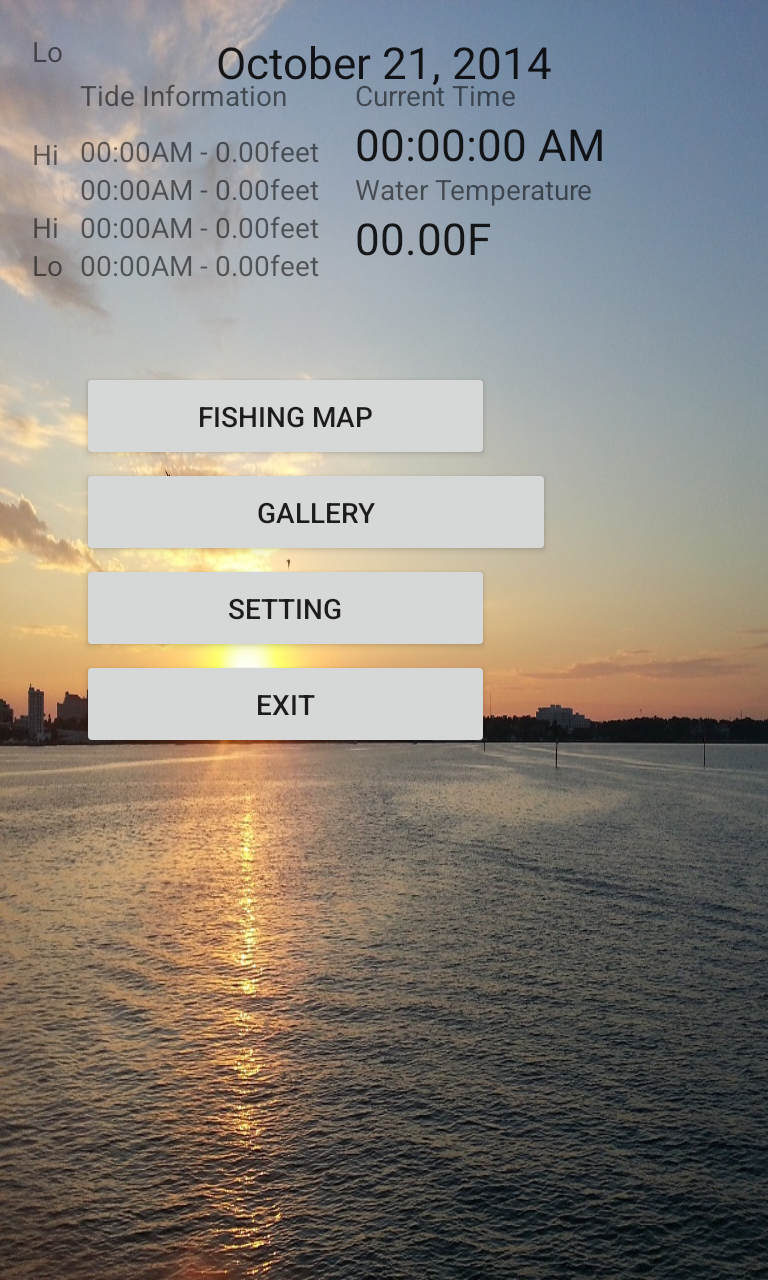
Repository: zerox2012/Fall2014Android
Layout: FishingBuddy/res/layout/activity_main_menu.xml
The author's editor kept a copy of each file at every save. The layout is drawn from the files as they stood at one save, then again after the next save.
It is drawn on a 768 x 1280 px phone screen (xhdpi) without system bars, with theme AppTheme; the app's code is not run.

Above is the layout before, as saved 2014-10-20 22:02:28.

### FishingBuddy/res/layout/activity_main_menu.xml
<RelativeLayout xmlns:android="http://schemas.android.com/apk/res/android"
    xmlns:tools="http://schemas.android.com/tools"
    android:layout_width="match_parent"
    android:layout_height="match_parent"
    android:background="@drawable/menu"
    android:paddingBottom="@dimen/activity_vertical_margin"
    android:paddingLeft="@dimen/activity_horizontal_margin"
    android:paddingRight="@dimen/activity_horizontal_margin"
    android:paddingTop="@dimen/activity_vertical_margin"
    tools:context="usf.fall2014.android.fishingbuddy.MainMenu" >

    <TextView
        android:id="@+id/label_tide_information"
        android:layout_width="wrap_content"
        android:layout_height="wrap_content"
        android:layout_alignBaseline="@+id/label_current_time"
        android:layout_alignBottom="@+id/label_current_time"
        android:layout_alignParentLeft="true"
        android:layout_marginLeft="24dp"
        android:text="@string/label_tide_information" />

    <TextView
        android:id="@+id/label_current_time"
        android:layout_width="wrap_content"
        android:layout_height="wrap_content"
        android:layout_alignParentTop="true"
        android:layout_marginLeft="34dp"
        android:layout_marginTop="22dp"
        android:layout_toRightOf="@+id/label_tide_information"
        android:text="@string/label_current_time" />

    <TextView
        android:id="@+id/label_temp"
        android:layout_width="wrap_content"
        android:layout_height="wrap_content"
        android:layout_alignLeft="@+id/label_current_time"
        android:layout_below="@+id/label_current_time"
        android:layout_marginTop="28dp"
        android:text="@string/label_water_temp" />

    <TextView
        android:id="@+id/value_current_time"
        android:layout_width="wrap_content"
        android:layout_height="wrap_content"
        android:layout_alignLeft="@+id/label_temp"
        android:layout_below="@+id/label_current_time"
        android:text="@string/value_current_time"
        android:textAppearance="?android:attr/textAppearanceLarge" />

    <TextView
        android:id="@+id/value_water_temp"
        android:layout_width="wrap_content"
        android:layout_height="wrap_content"
        android:layout_alignLeft="@+id/label_temp"
        android:layout_below="@+id/label_temp"
        android:text="@string/value_current_temp"
        android:textAppearance="?android:attr/textAppearanceLarge" />

    <TextView
        android:id="@+id/label_hi"
        android:layout_width="wrap_content"
        android:layout_height="wrap_content"
        android:layout_alignBottom="@+id/value_current_time"
        android:layout_alignParentLeft="true"
        android:text="@string/label_hi" />

    <TextView
        android:id="@+id/textView2"
        android:layout_width="wrap_content"
        android:layout_height="wrap_content"
        android:layout_alignLeft="@+id/textView1"
        android:layout_below="@+id/textView1"
        android:text="@string/label_lo" />

    <TextView
        android:id="@+id/textView3"
        android:layout_width="wrap_content"
        android:layout_height="wrap_content"
        android:layout_alignLeft="@+id/textView2"
        android:layout_alignTop="@+id/value_water_temp"
        android:text="@string/label_hi" />

    <TextView
        android:id="@+id/textView4"
        android:layout_width="wrap_content"
        android:layout_height="wrap_content"
        android:layout_alignLeft="@+id/textView3"
        android:layout_below="@+id/textView3"
        android:text="@string/label_lo" />

    <TextView
        android:id="@+id/textView6"
        android:layout_width="wrap_content"
        android:layout_height="wrap_content"
        android:layout_above="@+id/textView3"
        android:layout_alignLeft="@+id/textView5"
        android:text="@string/tide_value1_hi" />

    <TextView
        android:id="@+id/textView7"
        android:layout_width="wrap_content"
        android:layout_height="wrap_content"
        android:layout_alignBaseline="@+id/textView3"
        android:layout_alignBottom="@+id/textView3"
        android:layout_alignLeft="@+id/textView6"
        android:text="@string/tide_value1_hi" />

    <TextView
        android:id="@+id/textView8"
        android:layout_width="wrap_content"
        android:layout_height="wrap_content"
        android:layout_alignBaseline="@+id/textView4"
        android:layout_alignBottom="@+id/textView4"
        android:layout_alignLeft="@+id/textView7"
        android:text="@string/tide_value1_hi" />

    <TextView
        android:id="@+id/textView5"
        android:layout_width="wrap_content"
        android:layout_height="wrap_content"
        android:layout_above="@+id/textView6"
        android:layout_alignLeft="@+id/label_tide_information"
        android:text="@string/tide_value1_hi" />

    <TextView
        android:id="@+id/today_date"
        android:layout_width="wrap_content"
        android:layout_height="wrap_content"
        android:layout_alignParentTop="true"
        android:layout_centerHorizontal="true"
        android:text="October 21, 2014"
        android:textAppearance="?android:attr/textAppearanceLarge" />

    <Button
        android:id="@+id/button_map"
        android:layout_width="wrap_content"
        android:layout_height="wrap_content"
        android:layout_alignLeft="@+id/textView8"
        android:layout_alignRight="@+id/value_water_temp"
        android:layout_below="@+id/textView8"
        android:layout_marginTop="42dp"
        android:text="@string/button_map" />

    <Button
        android:id="@+id/button_gallery"
        android:layout_width="wrap_content"
        android:layout_height="wrap_content"
        android:layout_alignLeft="@+id/button_map"
        android:layout_alignRight="@+id/today_date"
        android:layout_below="@+id/button_map"
        android:text="@string/button_gallery" />

    <Button
        android:id="@+id/button_setting"
        android:layout_width="wrap_content"
        android:layout_height="wrap_content"
        android:layout_alignLeft="@+id/button_map"
        android:layout_alignRight="@+id/button_map"
        android:layout_below="@+id/button_gallery"
        android:text="@string/button_setting" />

    <Button
        android:id="@+id/button_exitapp"
        android:layout_width="wrap_content"
        android:layout_height="wrap_content"
        android:layout_alignLeft="@+id/button_map"
        android:layout_alignRight="@+id/button_map"
        android:layout_below="@+id/button_setting"
        android:text="@string/button_exitapp" />

</RelativeLayout>

### FishingBuddy/res/values/strings.xml
<?xml version="1.0" encoding="utf-8"?>
<resources>

    <string name="app_name">FishingBuddy</string>
    <string name="hello_world">Hello world!</string>
    <string name="action_settings">Settings</string>
    <string name="title_activity_main_menu">MainMenu</string>
    <string name="title_activity_gallery">Gallery</string>
    <string name="title_activity_message">Message</string>
    <string name="title_activity_new_user">NewUser</string>
    <string name="title_activity_forgot_password">ForgotPassword</string>
    <string name="title_activity_map">Map</string>
    <string name="user_name">Username</string>
    <string name="password">Password</string>
    <string name="button_login">Login</string>
    <string name="new_user">New User</string>
    <string name="forgot_password">Forgot Password</string>
    <string name="remember_me">remember me</string>
    <string name="label_email">Email</string>
    <string name="label_confirm_email">Confirm</string>
    <string name="create_account">Create Account</string>
    <string name="cancel">Cancel</string>
    <string name="label_water_temp">Water Temperature</string>
    <string name="label_current_time">Current Time</string>
    <string name="label_tide_information">Tide Information</string>
    <string name="label_tide_chart">Hi                 Lo                  Hi                    Lo         </string>
    <string name="button_map">Fishing Map</string>
    <string name="button_gallery">Gallery</string>
    <string name="button_setting">Setting</string>
    <string name="button_exitapp">Exit</string>
    <string name="label_hi">Hi</string>
    <string name="label_lo">Lo</string>
    <string name="tide_value1_hi">00:00AM - 0.00feet</string>
    <string name="tide_value2_hi">00:00AM - 0.00feet</string>
    <string name="tide_value1_lo">00:00AM - 0.00feet</string>
    <string name="tide_value2_lo">00:00AM - 0.00feet</string>
    <string name="value_current_time">00:00:00 AM</string>
    <string name="value_current_temp">00.00F</string>

</resources>

Loaded but not shown: FishingBuddy/res/values/styles.xml (common file); FishingBuddy/res/values-v11/styles.xml (common file); FishingBuddy/res/values-v14/styles.xml (common file); FishingBuddy/res/values/dimens.xml (common file); FishingBuddy/res/values-w820dp/dimens.xml (common file)

After the next save:
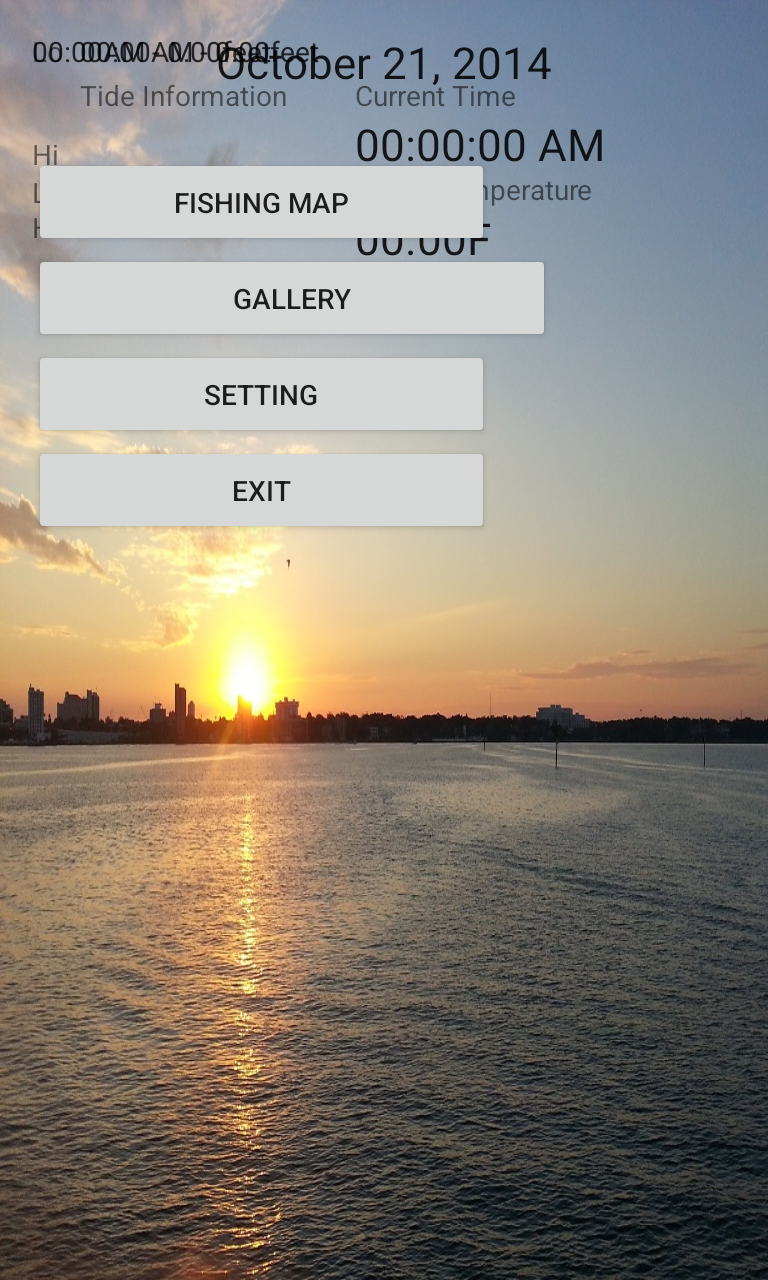
Saved 117 s later.
--- a/FishingBuddy/res/layout/activity_main_menu.xml
+++ b/FishingBuddy/res/layout/activity_main_menu.xml
@@ -57,7 +57,7 @@
         android:textAppearance="?android:attr/textAppearanceLarge" />
 
     <TextView
-        android:id="@+id/label_hi"
+        android:id="@+id/label_hi1"
         android:layout_width="wrap_content"
         android:layout_height="wrap_content"
         android:layout_alignBottom="@+id/value_current_time"
@@ -65,15 +65,15 @@
         android:text="@string/label_hi" />
 
     <TextView
-        android:id="@+id/textView2"
+        android:id="@+id/label_lo1"
         android:layout_width="wrap_content"
         android:layout_height="wrap_content"
-        android:layout_alignLeft="@+id/textView1"
-        android:layout_below="@+id/textView1"
+        android:layout_alignLeft="@+id/label_hi1"
+        android:layout_below="@+id/label_hi1"
         android:text="@string/label_lo" />
 
     <TextView
-        android:id="@+id/textView3"
+        android:id="@+id/label_hi2"
         android:layout_width="wrap_content"
         android:layout_height="wrap_content"
         android:layout_alignLeft="@+id/textView2"
@@ -81,7 +81,7 @@
         android:text="@string/label_hi" />
 
     <TextView
-        android:id="@+id/textView4"
+        android:id="@+id/label_lo2"
         android:layout_width="wrap_content"
         android:layout_height="wrap_content"
         android:layout_alignLeft="@+id/textView3"
@@ -89,7 +89,7 @@
         android:text="@string/label_lo" />
 
     <TextView
-        android:id="@+id/textView6"
+        android:id="@+id/tide_value1_hi"
         android:layout_width="wrap_content"
         android:layout_height="wrap_content"
         android:layout_above="@+id/textView3"

After the save that followed:
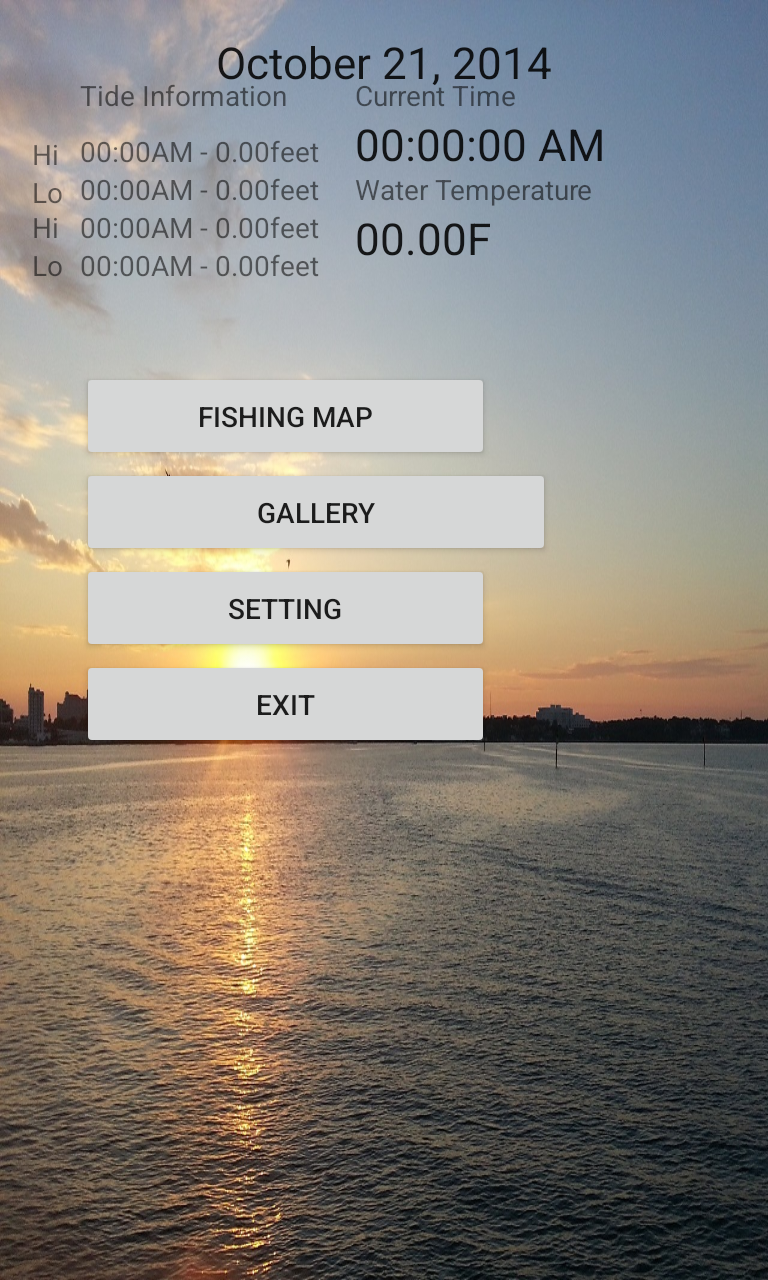
Saved 57 s later.
--- a/FishingBuddy/res/layout/activity_main_menu.xml
+++ b/FishingBuddy/res/layout/activity_main_menu.xml
@@ -57,7 +57,7 @@
         android:textAppearance="?android:attr/textAppearanceLarge" />
 
     <TextView
-        android:id="@+id/label_hi1"
+        android:id="@+id/textView1"
         android:layout_width="wrap_content"
         android:layout_height="wrap_content"
         android:layout_alignBottom="@+id/value_current_time"
@@ -65,15 +65,15 @@
         android:text="@string/label_hi" />
 
     <TextView
-        android:id="@+id/label_lo1"
+        android:id="@+id/textView2"
         android:layout_width="wrap_content"
         android:layout_height="wrap_content"
-        android:layout_alignLeft="@+id/label_hi1"
-        android:layout_below="@+id/label_hi1"
+        android:layout_alignLeft="@+id/textView1"
+        android:layout_below="@+id/textView1"
         android:text="@string/label_lo" />
 
     <TextView
-        android:id="@+id/label_hi2"
+        android:id="@+id/textView3"
         android:layout_width="wrap_content"
         android:layout_height="wrap_content"
         android:layout_alignLeft="@+id/textView2"
@@ -81,7 +81,7 @@
         android:text="@string/label_hi" />
 
     <TextView
-        android:id="@+id/label_lo2"
+        android:id="@+id/textView4"
         android:layout_width="wrap_content"
         android:layout_height="wrap_content"
         android:layout_alignLeft="@+id/textView3"
@@ -89,7 +89,7 @@
         android:text="@string/label_lo" />
 
     <TextView
-        android:id="@+id/tide_value1_hi"
+        android:id="@+id/textView6"
         android:layout_width="wrap_content"
         android:layout_height="wrap_content"
         android:layout_above="@+id/textView3"
